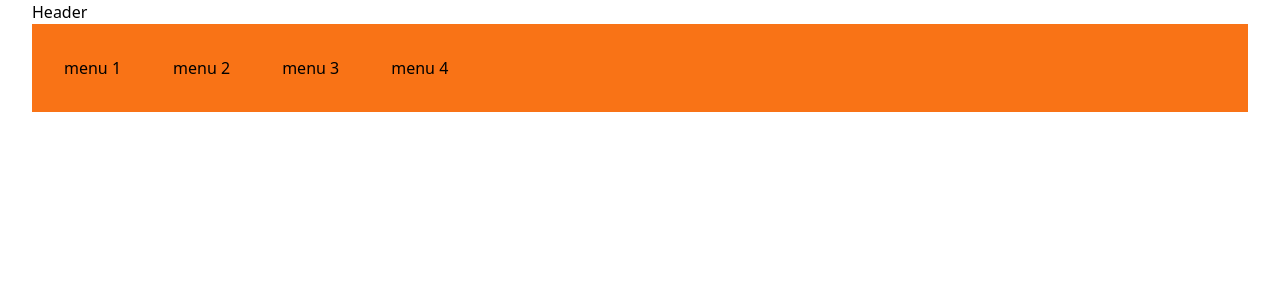
Repository: TranYen18/next-js
Page: /
An editor plug-in stored every save of this project. The page is shown before and after the next save, followed by the edit.
The browser window is 1280 px wide. The pictures show the whole page.
The project was rebuilt for these pictures with package versions that can differ from the ones it lists, and the page was loaded fresh each time. The framework's server and built-in components were replaced by stand-ins that run in the browser. Also part of the build but not shown: next.config.js.

Above is the page before, as saved 2022-06-30 15:37:54.

After the next save:
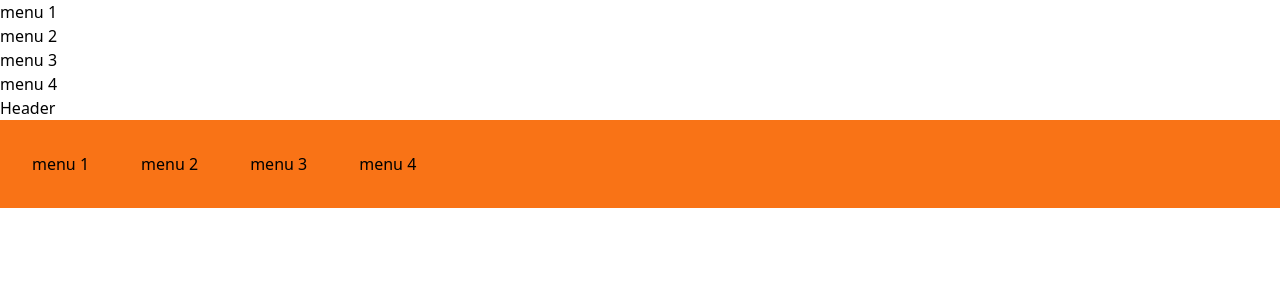
Saved 2 min 1 s later.
--- a/pages/index.tsx
+++ b/pages/index.tsx
@@ -1,4 +1,4 @@
-import Header from '@/components/header'
+import Header from '@/components/Header/header'
 import type { NextPage } from 'next'
 import Head from 'next/head'
 import Image from 'next/image'
@@ -6,17 +6,15 @@ import styles from '../styles/Home.module.css'
 
 const Home: NextPage = () => {
   return (
-    <div className={styles.container}>
-      <Head>
-        <title>Create Next App</title>
-        <meta name="description" content="Generated by create next app" />
-        <link rel="icon" href="/favicon.ico" />
-      </Head>
-      <Header />
-
-
-
-    </div>
+    <main>
+    <ul className='menu'>
+          <li><a href="" className='menu__link'>menu 1</a></li>
+          <li><a href="" className='menu__link'>menu 2</a></li>
+          <li><a href="" className='menu__link'>menu 3</a></li>
+          <li><a href="" className='menu__link'>menu 4</a></li>
+      </ul>
+    <Header />
+  </main>
   )
 }
 
